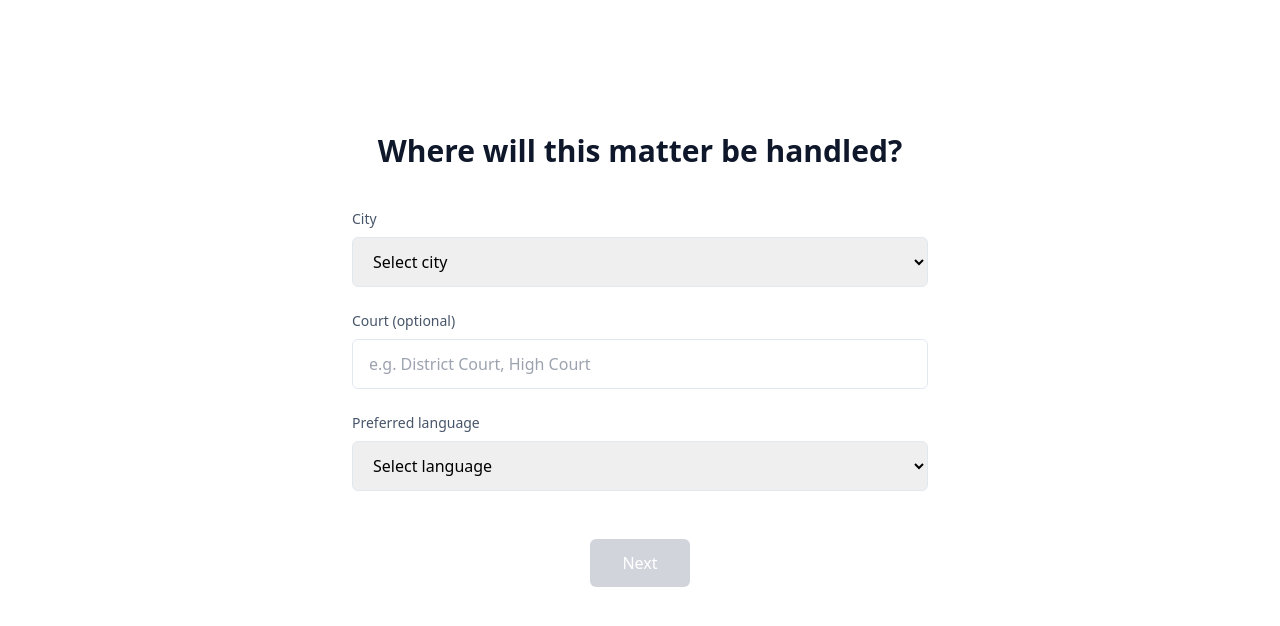
Repository: Aroxy22/legal-res
Page: /intake/location
These files come from the project's save history. The page is drawn as it stood at one moment and after the next save; the edit follows.
The browser window is 1280 px wide. The pictures show the whole page.
The project was rebuilt for these pictures with package versions that can differ from the ones it lists, and the page was loaded fresh each time. The framework's server and built-in components were replaced by stand-ins that run in the browser. Also part of the build but not shown: next.config.ts.

Above is the page before, as saved 2025-12-22 01:43:19.

### app/intake/layout.tsx
import { IntakeProvider } from "./_context/IntakeContext";

export default function IntakeLayout({
  children,
}: {
  children: React.ReactNode;
}) {
  return <IntakeProvider>{children}</IntakeProvider>;
}

### app/intake/location/page.tsx
"use client";

import { useState } from "react";
import { useRouter } from "next/navigation";

const cities = [
  "Delhi",
  "Mumbai",
  "Bengaluru",
  "Chennai",
  "Hyderabad",
  "Pune",
  "Kolkata",
];

const languages = [
  "English",
  "Hindi",
  "Tamil",
  "Telugu",
  "Kannada",
  "Marathi",
];

export default function IntakeLocation() {
  const router = useRouter();

  const [city, setCity] = useState("");
  const [court, setCourt] = useState("");
  const [language, setLanguage] = useState("");

  const canProceed = city && language;

  return (
    <div className="min-h-screen bg-white flex items-center justify-center px-6">
      <div className="w-full max-w-xl">
        {/* Title */}
        <h2 className="text-3xl font-semibold text-textPrimary text-center">
          Where will this matter be handled?
        </h2>

        {/* Form */}
        <div className="mt-10 space-y-6">
          {/* City */}
          <div>
            <label className="block text-sm text-textSecondary mb-2">
              City
            </label>
            <select
              value={city}
              onChange={(e) => setCity(e.target.value)}
              className="w-full border border-borderSubtle rounded-md px-4 py-3"
            >
              <option value="">Select city</option>
              {cities.map((c) => (
                <option key={c} value={c}>
                  {c}
                </option>
              ))}
            </select>
          </div>

          {/* Court */}
          <div>
            <label className="block text-sm text-textSecondary mb-2">
              Court (optional)
            </label>
            <input
              value={court}
              onChange={(e) => setCourt(e.target.value)}
              placeholder="e.g. District Court, High Court"
              className="w-full border border-borderSubtle rounded-md px-4 py-3"
            />
          </div>

          {/* Language */}
          <div>
            <label className="block text-sm text-textSecondary mb-2">
              Preferred language
            </label>
            <select
              value={language}
              onChange={(e) => setLanguage(e.target.value)}
              className="w-full border border-borderSubtle rounded-md px-4 py-3"
            >
              <option value="">Select language</option>
              {languages.map((l) => (
                <option key={l} value={l}>
                  {l}
                </option>
              ))}
            </select>
          </div>
        </div>

        {/* CTA */}
        <div className="mt-12 flex justify-center">
          <button
            disabled={!canProceed}
            onClick={() => router.push("/intake/context")}
            className={`
              px-8 py-3 rounded-md text-white transition
              ${canProceed
                ? "bg-primary hover:bg-primaryHover"
                : "bg-gray-300 cursor-not-allowed"}
            `}
          >
            Next
          </button>
        </div>
      </div>
    </div>
  );
}

### app/globals.css
@tailwind base;
@tailwind components;
@tailwind utilities;

/* sanity check */
html {
  background-color: white;
}

### app/intake/_context/IntakeContext.tsx
"use client";

import { createContext, useContext, useState } from "react";

type IntakeData = {
  category?: string;
  city?: string;
  court?: string;
  language?: string;
  urgency?: string;
  hasDocuments?: boolean;
  description?: string;
};

type IntakeContextType = {
  data: IntakeData;
  update: (values: Partial<IntakeData>) => void;
};

const IntakeContext = createContext<IntakeContextType | null>(null);

export function IntakeProvider({ children }: { children: React.ReactNode }) {
  const [data, setData] = useState<IntakeData>({});

  const update = (values: Partial<IntakeData>) => {
    setData((prev) => ({ ...prev, ...values }));
  };

  return (
    <IntakeContext.Provider value={{ data, update }}>
      {children}
    </IntakeContext.Provider>
  );
}

export function useIntake() {
  const ctx = useContext(IntakeContext);
  if (!ctx) {
    throw new Error("useIntake must be used within IntakeProvider");
  }
  return ctx;
}

### tailwind.config.js
/** @type {import('tailwindcss').Config} */
module.exports = {
  content: [
    "./app/**/*.{js,ts,jsx,tsx}",
    "./components/**/*.{js,ts,jsx,tsx}",
  ],
  theme: {
    extend: {
      colors: {
        primary: "#2563EB",
        primaryHover: "#1D4ED8",
        textPrimary: "#0F172A",
        textSecondary: "#475569",
        borderSubtle: "#E2E8F0",
      },
    },
  },
  plugins: [],
};

Loaded but not shown: app/layout.tsx (common file)

After the next save:
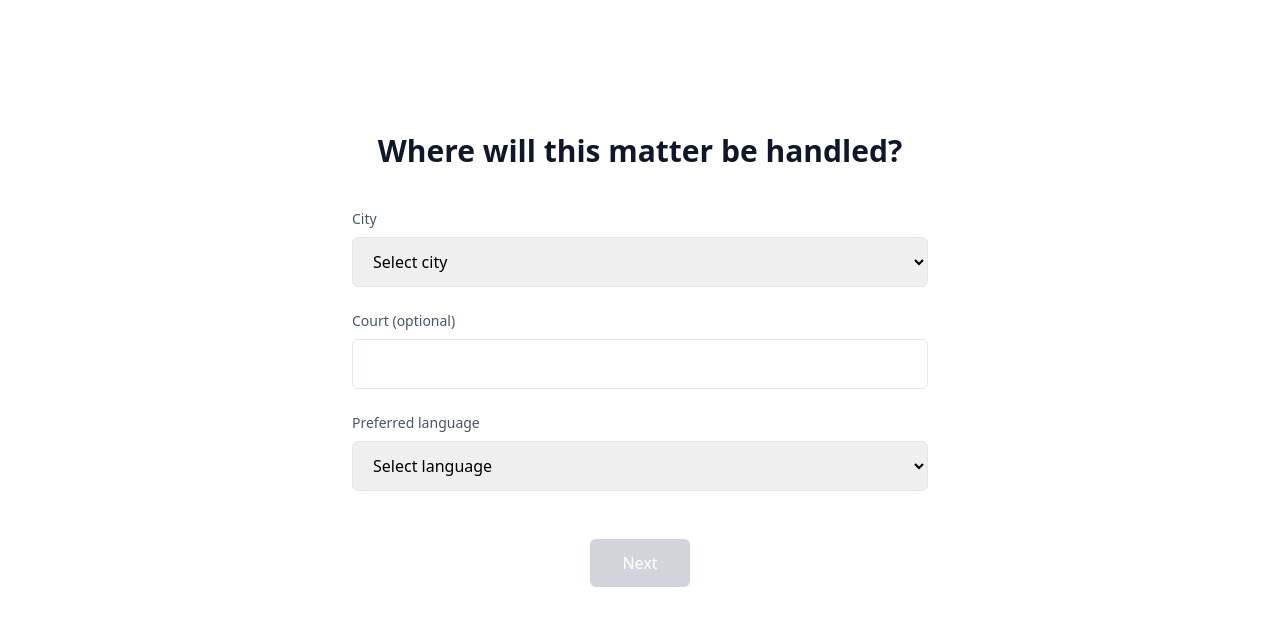
Saved 22 s later.
--- a/app/intake/location/page.tsx
+++ b/app/intake/location/page.tsx
@@ -2,6 +2,7 @@
 
 import { useState } from "react";
 import { useRouter } from "next/navigation";
+import { useIntake } from "../_context/IntakeContext";
 
 const cities = [
   "Delhi",
@@ -24,6 +25,7 @@ const languages = [
 
 export default function IntakeLocation() {
   const router = useRouter();
+  const { update } = useIntake();
 
   const [city, setCity] = useState("");
   const [court, setCourt] = useState("");
@@ -34,14 +36,11 @@ export default function IntakeLocation() {
   return (
     <div className="min-h-screen bg-white flex items-center justify-center px-6">
       <div className="w-full max-w-xl">
-        {/* Title */}
         <h2 className="text-3xl font-semibold text-textPrimary text-center">
           Where will this matter be handled?
         </h2>
 
-        {/* Form */}
         <div className="mt-10 space-y-6">
-          {/* City */}
           <div>
             <label className="block text-sm text-textSecondary mb-2">
               City
@@ -60,7 +59,6 @@ export default function IntakeLocation() {
             </select>
           </div>
 
-          {/* Court */}
           <div>
             <label className="block text-sm text-textSecondary mb-2">
               Court (optional)
@@ -68,12 +66,10 @@ export default function IntakeLocation() {
             <input
               value={court}
               onChange={(e) => setCourt(e.target.value)}
-              placeholder="e.g. District Court, High Court"
               className="w-full border border-borderSubtle rounded-md px-4 py-3"
             />
           </div>
 
-          {/* Language */}
           <div>
             <label className="block text-sm text-textSecondary mb-2">
               Preferred language
@@ -93,11 +89,13 @@ export default function IntakeLocation() {
           </div>
         </div>
 
-        {/* CTA */}
         <div className="mt-12 flex justify-center">
           <button
             disabled={!canProceed}
-            onClick={() => router.push("/intake/context")}
+            onClick={() => {
+              update({ city, court, language });
+              router.push("/intake/context");
+            }}
             className={`
               px-8 py-3 rounded-md text-white transition
               ${canProceed
